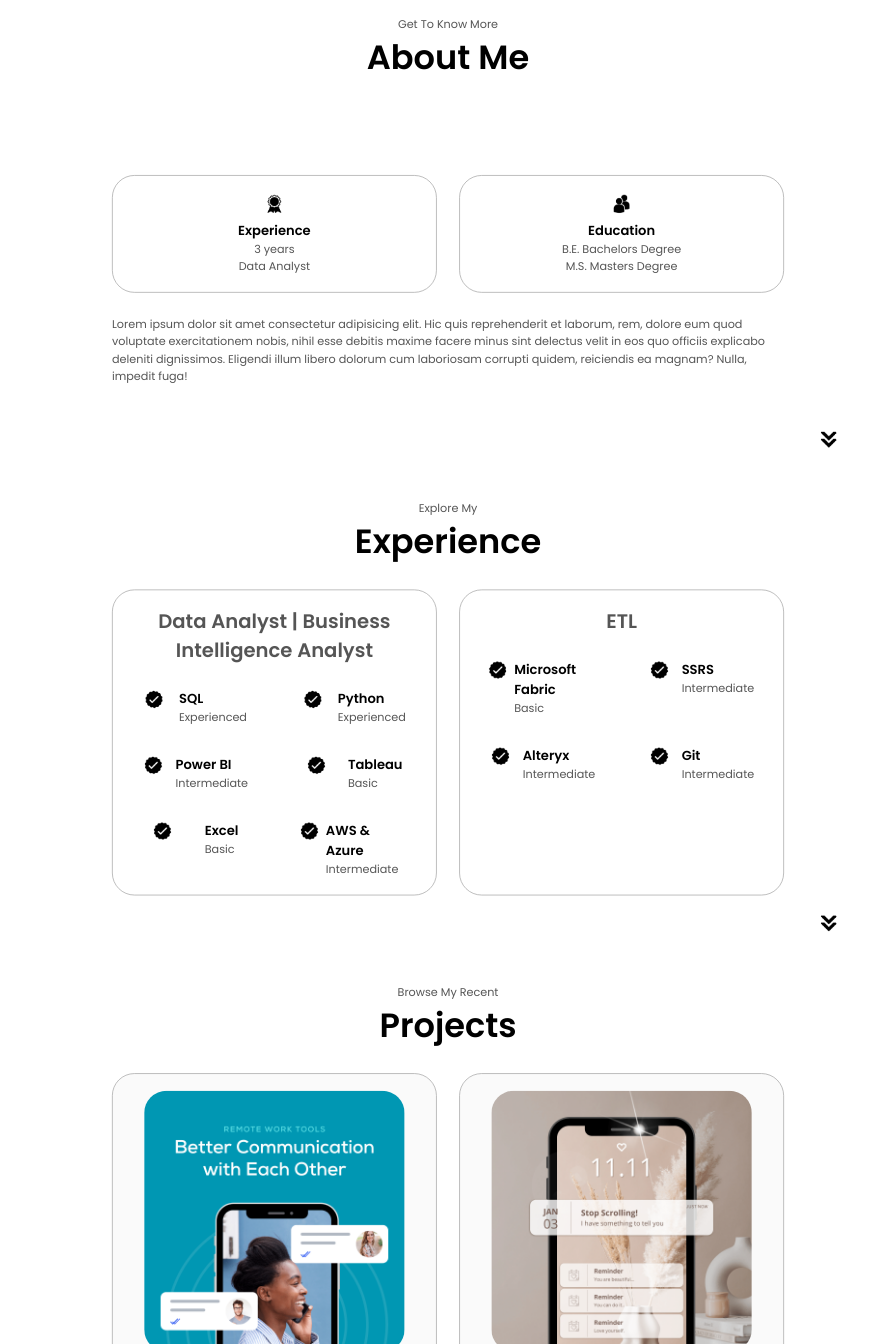
Repository: Komal-A99/komal-albhar
Page: index.html
The author's editor kept a copy of each file at every save. The page is drawn from the files as they stood at one save, then again after the next save.
The browser window is 1280 px wide. The pictures show the part of the page from y = 823 to 2743 px (the page is 4716 px tall before and 5012 px after), at 70% of full size.

Above is the page before, as saved 2025-08-25 23:41:26.

After the next save:
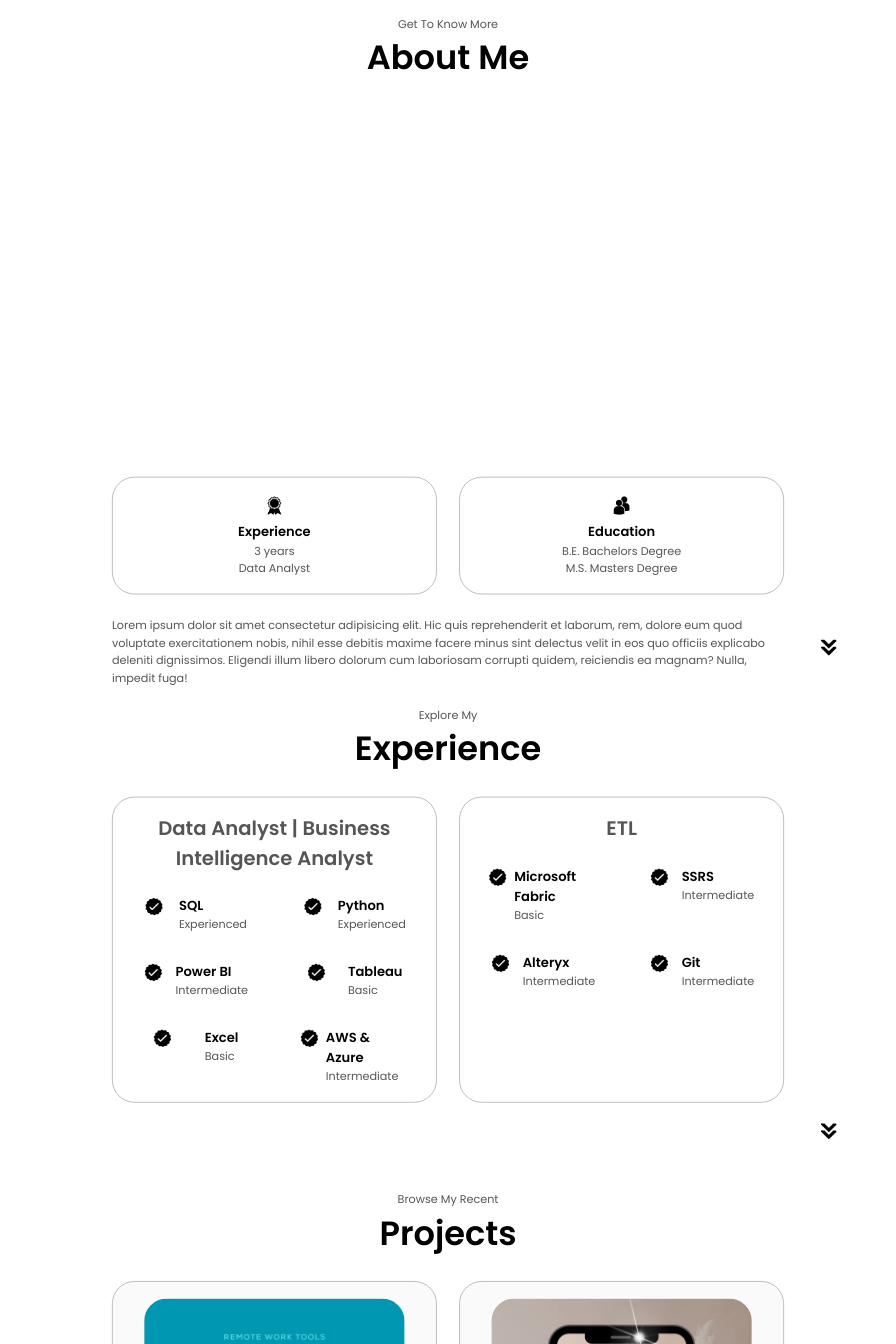
Saved 2 min 36 s later.
--- a/index.html
+++ b/index.html
@@ -82,6 +82,14 @@
       <p class="section__text__p1">Get To Know More</p>
       <h1 class="title">About Me</h1>
       <div class="section-container">
+       <!-- <div class="section__pic-container">
+        <img
+          src="./assets/about-pic.png"
+          alt="Profile picture"
+          class="about-pic"
+        />
+       -->
+      </div>
         <div class="about-details-container">
           <div class="about-containers">
             <div class="details-container">
